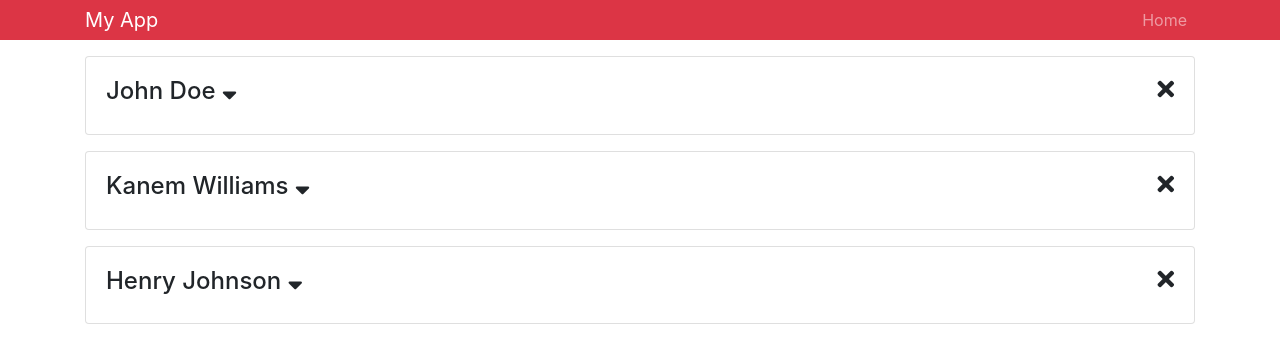
Repository: Mtbwka/contactmanager
Page: /contact/add
The author's editor kept a copy of each file at every save. The page is drawn from the files as they stood at one save, then again after the next save.
The browser window is 1280 px wide. The pictures show the whole page.
Some web libraries are served in a nearby version. The project was rebuilt for these pictures with package versions that can differ from the ones it lists, and the page was loaded fresh each time.

Above is the page before, as saved 2019-05-01 13:57:58.

After the next save:
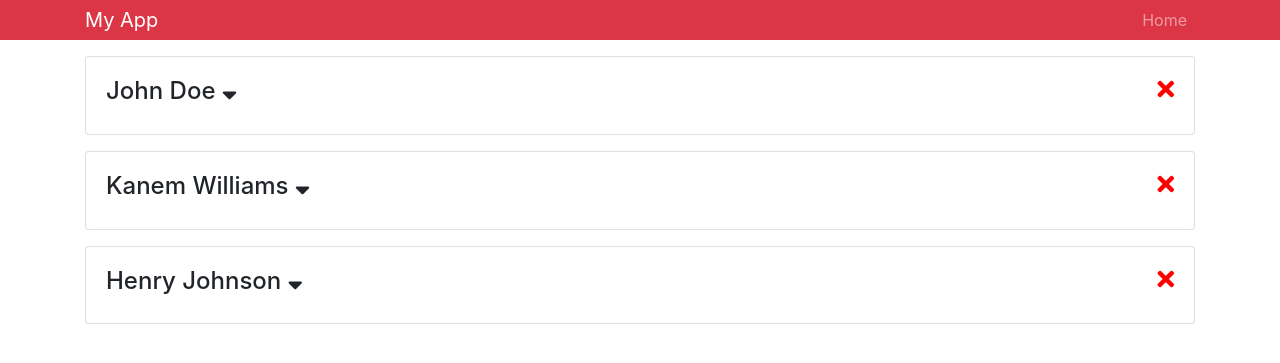
Saved 11 s later.
--- a/src/components/Contact.js
+++ b/src/components/Contact.js
@@ -23,7 +23,7 @@ class Contact extends Component {
           />
           <i
             className='fas fa-times'
-            style={{ float: 'right', cursor: 'pointer' }}
+            style={{ float: 'right', cursor: 'pointer', color: 'red' }}
           />
         </h4>
         {showContactInfo ? (
